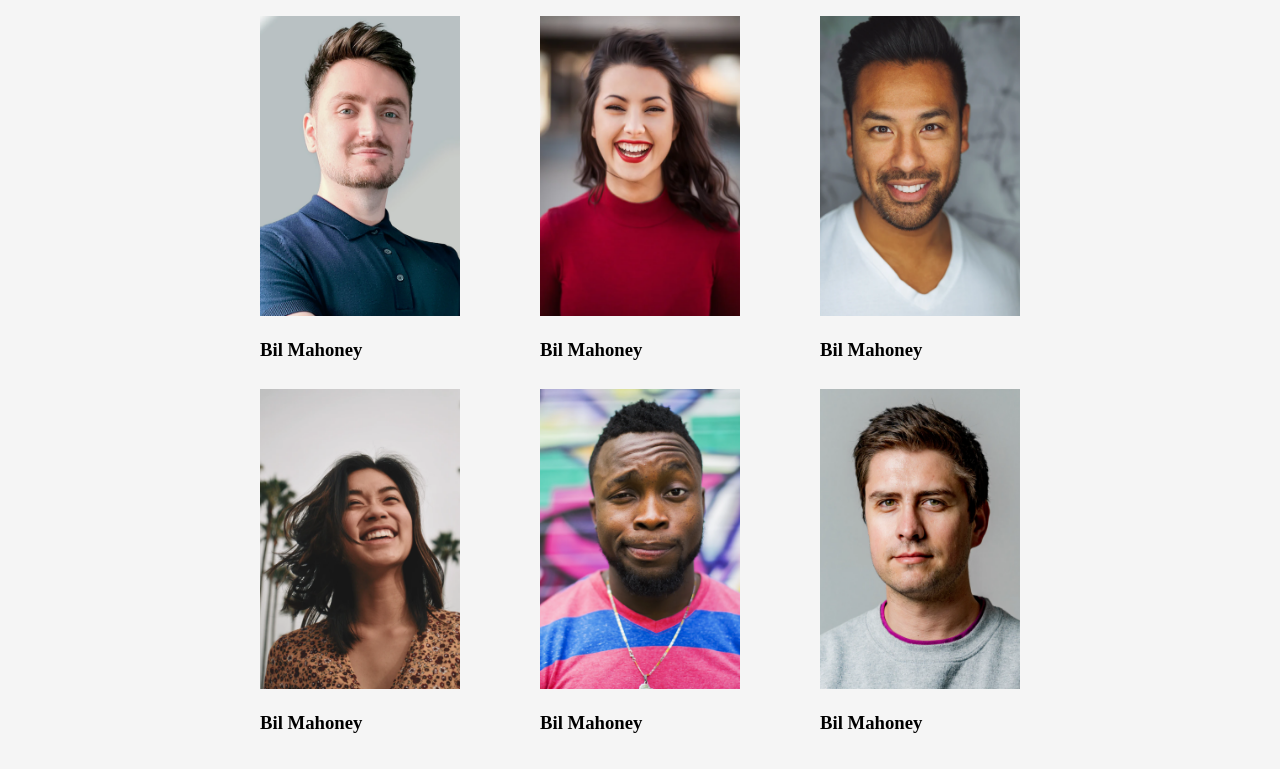
Repository: georgisenze/my-team-page-challeng
Page: index.html
An editor plug-in stored every save of this project. The page is shown before and after a run of saves, followed by the edit.
The browser window is 1280 px wide. The pictures show the whole page.

Above is the page before, as saved 2023-02-22 22:08:20.

After the next 4 saves:
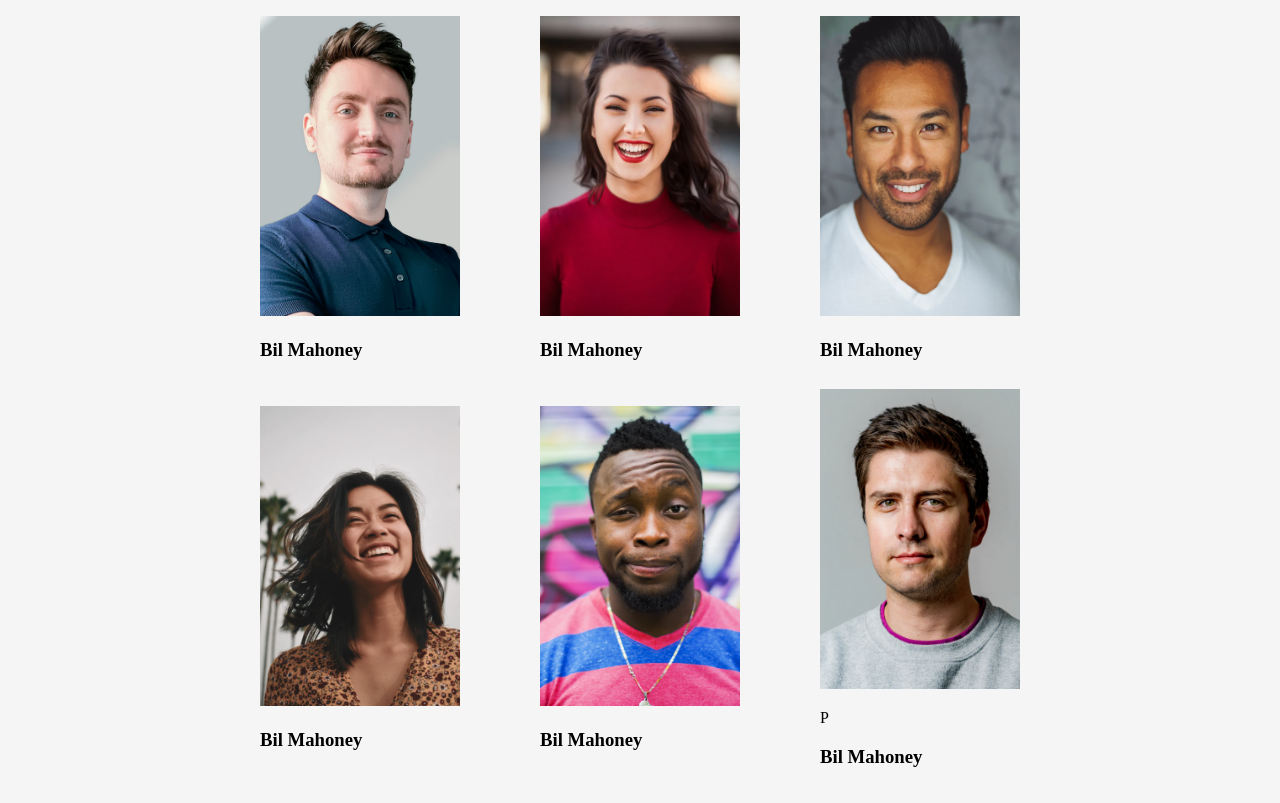
The 4 saves are shown as one change because they came seconds apart.
The last was saved 2 min 34 s later.
--- a/index.html
+++ b/index.html
@@ -32,6 +32,7 @@
         </div>
         <div class="box">
             <img src="assets/img/photo6.png" alt="">
+            <p>P</p>
             <h3>Bil Mahoney</h3>
         </div>
       </div>
